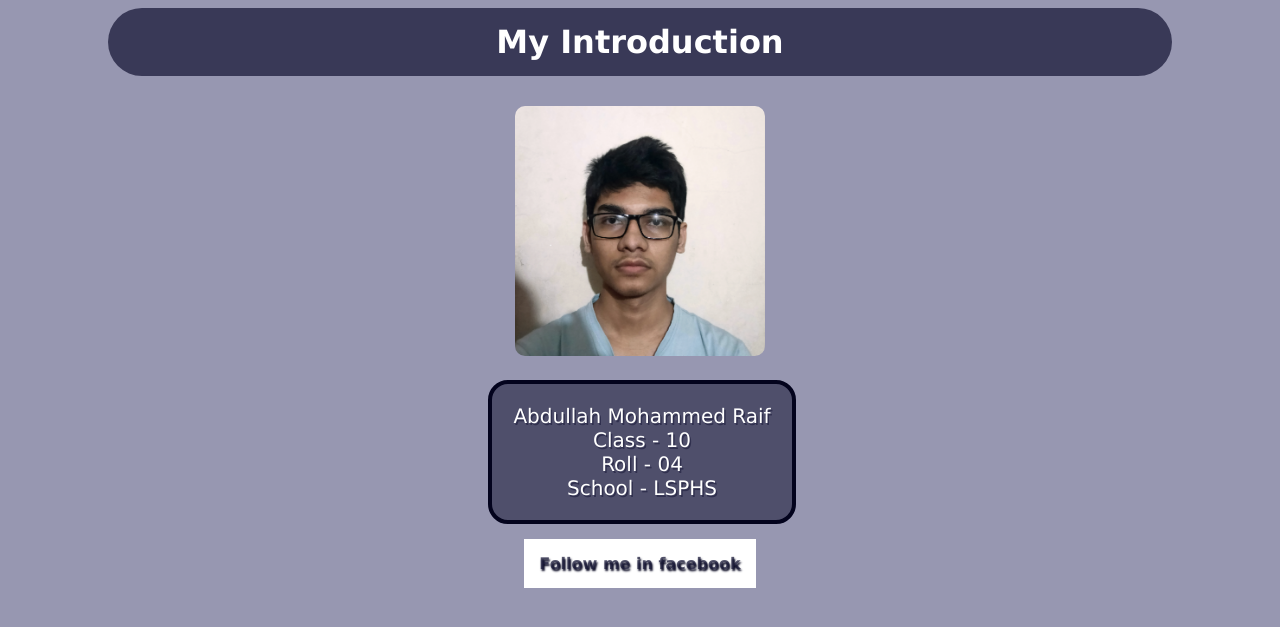
Repository: Raif-007/Portfolio
Page: index.html
The author's editor kept a copy of each file at every save. The page is drawn from the files as they stood at one save, then again after the next save.
The browser window is 1280 px wide. The pictures show the whole page.

Above is the page before, as saved 2021-07-05 17:41:10.

After the next save:
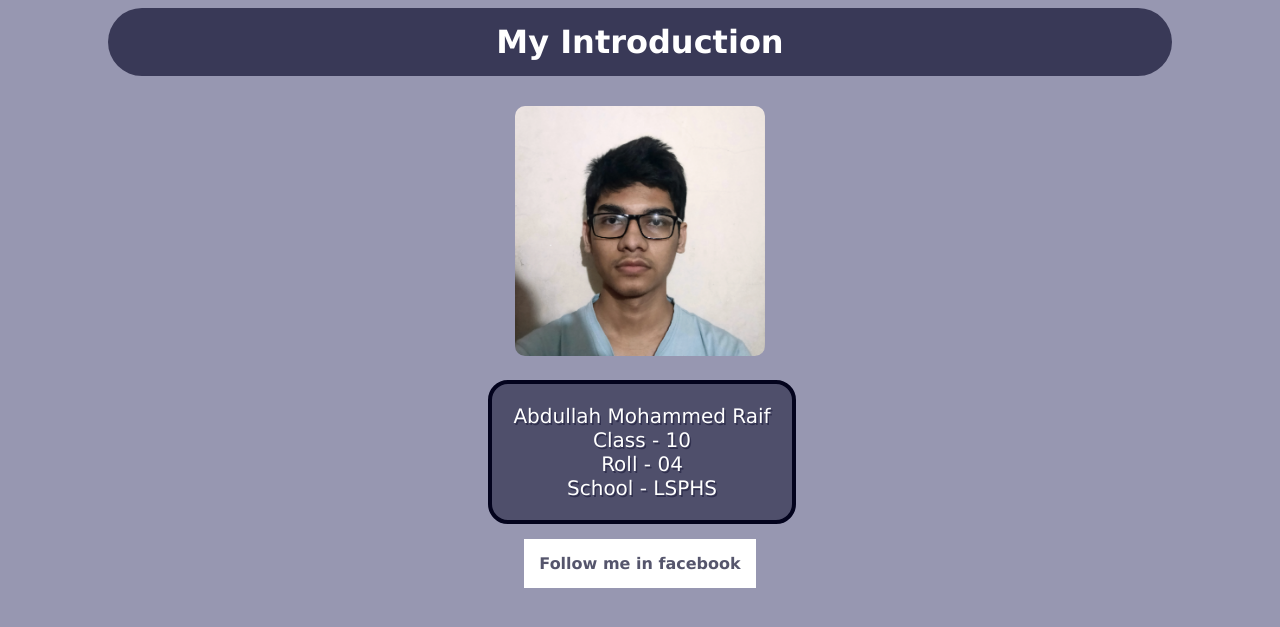
Saved 17 s later.
--- a/styles.css
+++ b/styles.css
@@ -37,7 +37,6 @@
                 text-decoration: none;
                 padding: 15px;
                 font-weight: 700;
-                text-shadow: 1px 1.5px 2px rgb(6, 6, 31);
             }
 
             a:hover {}
